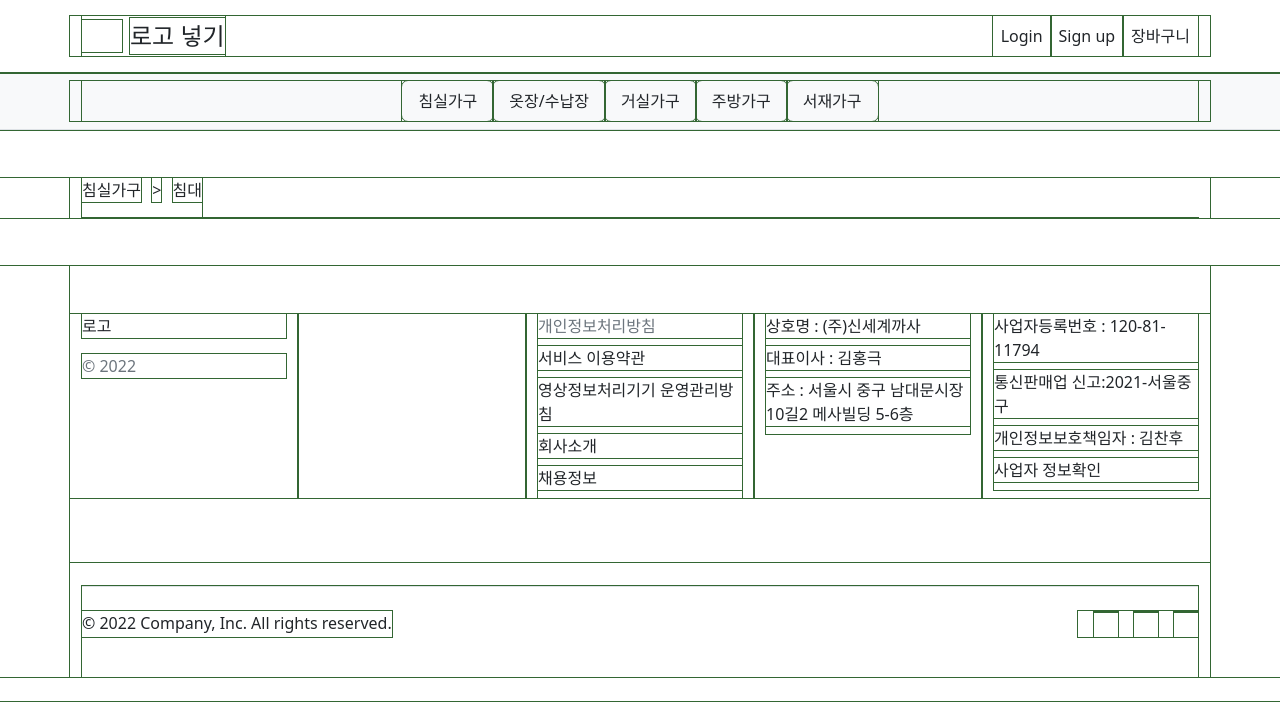
Repository: raoniee/Elice-House-Project
Page: FE/views/pages/main/item-list-page.html
These files come from the project's save history. The page is drawn as it stood at one moment and after the next save; the edit follows.
The browser window is 1280 px wide. The pictures show the whole page.

Above is the page before, as saved 2023-07-06 13:42:11.

### FE/views/pages/main/item-list-page.html
<!DOCTYPE html>
<html lang="ko">
  <head>
    <meta charset="UTF-8" />
    <meta http-equiv="X-UA-Compatible" content="IE=edge" />
    <meta name="viewport" content="width=device-width, initial-scale=1.0" />
    <title>Elice-House/item-list</title>
    <link
      href="https://cdn.jsdelivr.net/npm/bootstrap@5.2.3/dist/css/bootstrap.min.css"
      rel="stylesheet"
      integrity="sha384-rbsA2VBKQhggwzxH7pPCaAqO46MgnOM80zW1RWuH61DGLwZJEdK2Kadq2F9CUG65"
      crossorigin="anonymous"
    />
    <!-- header.module.js -->
    <script
      src="../../components/header/header.js"
      type="module"
      defer
    ></script>
    <!-- footer.module.js -->
    <script
      src="../../components/footer/footer.js"
      type="module"
      defer
    ></script>
    <!-- item-list.module.js -->
    <script src="./item-list-page.js" type="module" defer></script>
    <style>
      * {
        outline: 1px solid #363;
      }
    </style>
  </head>
  <body>
    <header class="header">
      <!-- header template로 삽입 -->
    </header>

    <main>
      <div class="container my-5">
        <div
          class="menu_bar d-flex justify-content-between"
          style="width: 120px"
        >
          <!-- menu_bar template로 삽입 -->
        </div>

        <div class="item_list">
          <!-- item_list_card template로 삽입 -->
        </div>
      </div>
    </main>

    <footer class="footer">
      <!-- footer template로 삽입 -->
    </footer>

    <script
      src="https://cdn.jsdelivr.net/npm/bootstrap@5.2.3/dist/js/bootstrap.bundle.min.js"
      integrity="sha384-kenU1KFdBIe4zVF0s0G1M5b4hcpxyD9F7jL+jjXkk+Q2h455rYXK/7HAuoJl+0I4"
      crossorigin="anonymous"
    ></script>
  </body>
</html>

### FE/views/components/header/header.js
export const drawHeader = () => {
  let headerTemplate = `
  <div class="py-3 border-bottom">
      <div class="container d-flex flex-wrap justify-content-center">
        <a
          href="/"
          class="d-flex align-items-center mb-3 mb-lg-0 me-lg-auto text-dark text-decoration-none"
        >
          <svg class="bi me-2" width="40" height="32">
            <use xlink:href="#bootstrap" />
          </svg>
          <span class="fs-4">로고 넣기</span>
        </a>
        <ul class="nav">
          <li class="nav-item">
            <a href="" class="nav-link link-dark px-2">Login</a>
          </li>
          <li class="nav-item">
            <a href="" class="nav-link link-dark px-2">Sign up</a>
          </li>
          <li class="nav-item">
            <a href="" class="nav-link link-dark px-2">장바구니</a>
          </li>
        </ul>
      </div>
    </div>
    <nav class="py-2 bg-light border-bottom">
      <div class="container">
        <ul class="nav justify-content-center nav-pills">
          <li class="nav-item">
            <div class="dropdown text-end">
              <a
                href="#"
                class="d-block link-dark text-decoration-none nav-link"
                data-bs-toggle="dropdown"
                aria-expanded="false"
                >침실가구
              </a>
              <ul class="dropdown-menu text-small">
                <li><a class="dropdown-item" href="#">침대</a></li>
                <li><a class="dropdown-item" href="#">매트리스/토퍼</a></li>
                <li><a class="dropdown-item" href="#">화장대/콘솔/거울</a></li>
                <li><a class="dropdown-item" href="#">서랍장/협탁</a></li>
              </ul>
            </div>
          </li>
          <li class="nav-item">
            <div class="dropdown text-end">
              <a
                href="#"
                class="d-block link-dark text-decoration-none nav-link"
                data-bs-toggle="dropdown"
                aria-expanded="false"
                >옷장/수납장
              </a>
              <ul class="dropdown-menu text-small">
                <li><a class="dropdown-item" href="#">옷장/붙박이장</a></li>
                <li><a class="dropdown-item" href="#">드레스룸/행거</a></li>
              </ul>
            </div>
          </li>
          <li class="nav-item">
            <div class="dropdown text-end">
              <a
                href="#"
                class="d-block link-dark text-decoration-none nav-link"
                data-bs-toggle="dropdown"
                aria-expanded="false"
                >거실가구
              </a>
              <ul class="dropdown-menu text-small">
                <li><a class="dropdown-item" href="#">소파</a></li>
                <li><a class="dropdown-item" href="#">거실테이블</a></li>
                <li><a class="dropdown-item" href="#">거실장</a></li>
              </ul>
            </div>
          </li>
          <li class="nav-item">
            <div class="dropdown text-end">
              <a
                href="#"
                class="d-block link-dark text-decoration-none nav-link"
                data-bs-toggle="dropdown"
                aria-expanded="false"
                >주방가구
              </a>
              <ul class="dropdown-menu text-small">
                <li><a class="dropdown-item" href="#">식탁/테이블</a></li>
                <li><a class="dropdown-item" href="#">홈바/아일랜드식탁</a></li>
                <li><a class="dropdown-item" href="#">식탁세트</a></li>
              </ul>
            </div>
          </li>
          <li class="nav-item">
            <div class="dropdown text-end">
              <a
                href="#"
                class="d-block link-dark text-decoration-none nav-link"
                data-bs-toggle="dropdown"
                aria-expanded="false"
                >서재가구
              </a>
              <ul class="dropdown-menu text-small">
                <li><a class="dropdown-item" href="#">책상/책장/ACC</a></li>
                <li><a class="dropdown-item" href="#">서재의자</a></li>
              </ul>
            </div>
          </li>
        </ul>
      </div>
    </nav>
    `;
  // .header 부분에 header.html을 삽입
  const headerTag = document.querySelector(".header");
  headerTag.innerHTML = headerTemplate;
};

### FE/views/components/footer/footer.js
export const drawFooter = () => {
  let footerTemplate = `
        <div class="container">
      <div class="row py-5">
        <div class="col mb-3">
          <a
            href="/"
            class="d-flex align-items-center mb-3 link-dark text-decoration-none"
          >
            로고
          </a>
          <p class="text-muted">&copy; 2022</p>
        </div>

        <div class="col mb-3"></div>

        <div class="col mb-3">
          <ul class="nav flex-column">
            <li class="nav-item mb-2 text-muted">개인정보처리방침</li>
            <li class="nav-item mb-2">서비스 이용약관</li>
            <li class="nav-item mb-2">영상정보처리기기 운영관리방침</li>
            <li class="nav-item mb-2">회사소개</li>
            <li class="nav-item mb-2">채용정보</li>
          </ul>
        </div>

        <div class="col mb-3">
          <ul class="nav flex-column">
            <li class="nav-item mb-2">상호명 : (주)신세계까사</li>
            <li class="nav-item mb-2">대표이사 : 김홍극</li>
            <li class="nav-item mb-2">
              주소 : 서울시 중구 남대문시장10길2 메사빌딩 5-6층
            </li>
          </ul>
        </div>

        <div class="col mb-3">
          <ul class="nav flex-column">
            <li class="nav-item mb-2">사업자등록번호 : 120-81-11794</li>
            <li class="nav-item mb-2">통신판매업 신고:2021-서울중구</li>
            <li class="nav-item mb-2">개인정보보호책임자 : 김찬후</li>
            <li class="nav-item mb-2">사업자 정보확인</li>
          </ul>
        </div>
      </div>
      <div
        class="d-flex flex-column flex-sm-row justify-content-between py-4 my-4 border-top"
      >
        <p>&copy; 2022 Company, Inc. All rights reserved.</p>
        <ul class="list-unstyled d-flex">
          <li class="ms-3">
            <a class="link-dark" href="#"
              ><svg class="bi" width="24" height="24">
                <use xlink:href="#twitter" /></svg
            ></a>
          </li>
          <li class="ms-3">
            <a class="link-dark" href="#"
              ><svg class="bi" width="24" height="24">
                <use xlink:href="#instagram" /></svg
            ></a>
          </li>
          <li class="ms-3">
            <a class="link-dark" href="#"
              ><svg class="bi" width="24" height="24">
                <use xlink:href="#facebook" /></svg
            ></a>
          </li>
        </ul>
      </div>
    </div>
    `;
  // .footer 부분에 footer.html을 삽입
  const footerTag = document.querySelector(".footer");
  footerTag.innerHTML = footerTemplate;
};

### FE/views/pages/main/item-list-page.js
import { drawHeader } from "../../components/header/header.js";
import { drawFooter } from "../../components/footer/footer.js";
import { drawMenubar } from "../../components/menu-bar/menu-bar.js";

// Header, Footer 템플릿 삽입
drawHeader();
drawFooter();

// Menubar 템플릿 삽입
drawMenubar();

### FE/views/components/menu-bar/menu-bar.js
export const drawMenubar = () => {
  let menubarTemplate = `<p class="menu-depth1">침실가구</p>
    <p class="arrow">></p>
    <p class="menu-depth2">침대</p>`;
  // .menu_bar 부분에 menu_bar.html을 삽입
  const menu_barTag = document.querySelector(".menu_bar");
  menu_barTag.innerHTML = menubarTemplate;
};

After the next save:
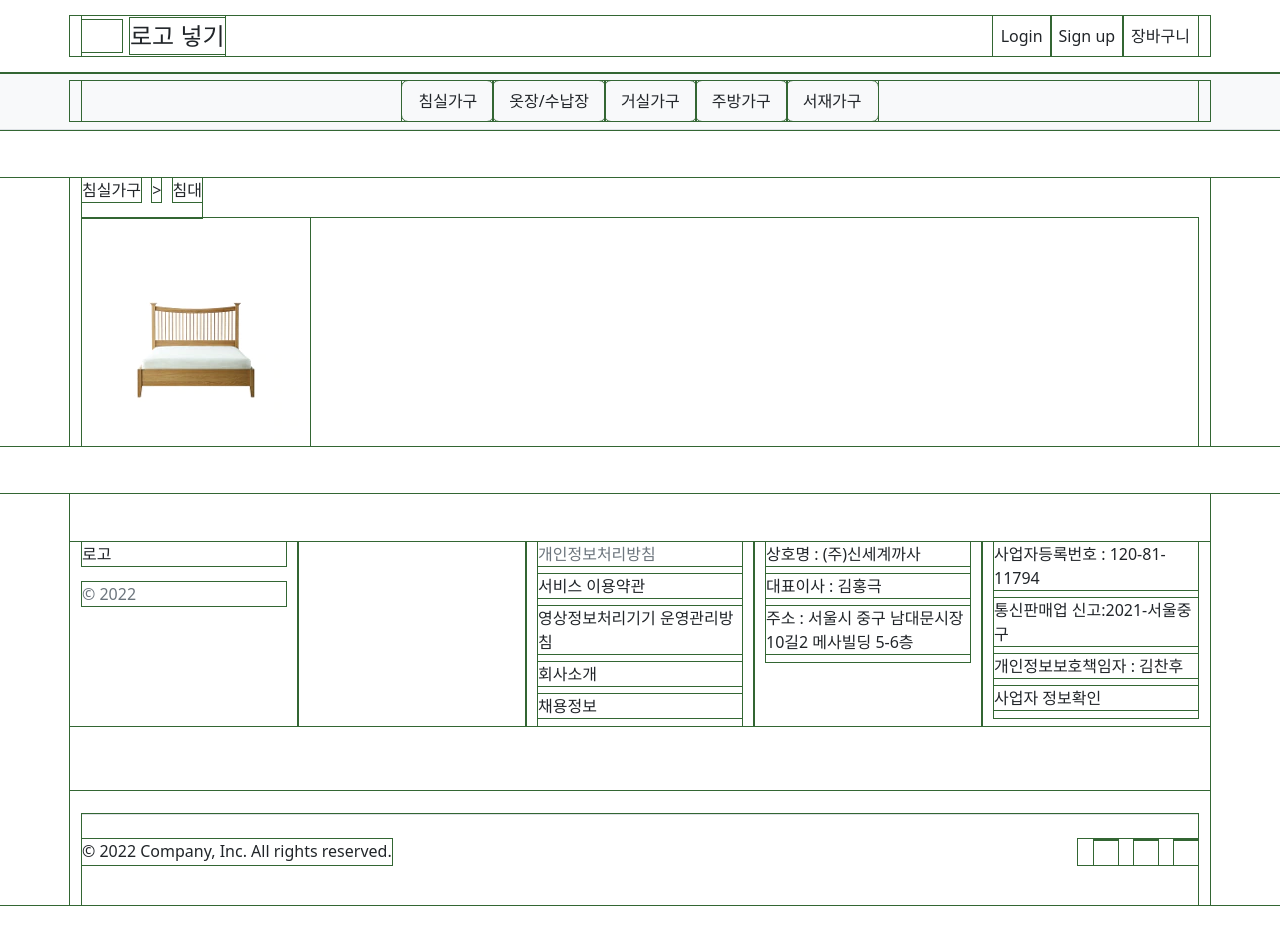
Saved 3 min 16 s later.
--- a/FE/views/pages/main/item-list-page.html
+++ b/FE/views/pages/main/item-list-page.html
@@ -46,6 +46,9 @@
         </div>
 
         <div class="item_list">
+          <div class="item_list_card">
+            <img src="../../../public/assets/imgs/item-list-card.webp" alt="" />
+          </div>
           <!-- item_list_card template로 삽입 -->
         </div>
       </div>
